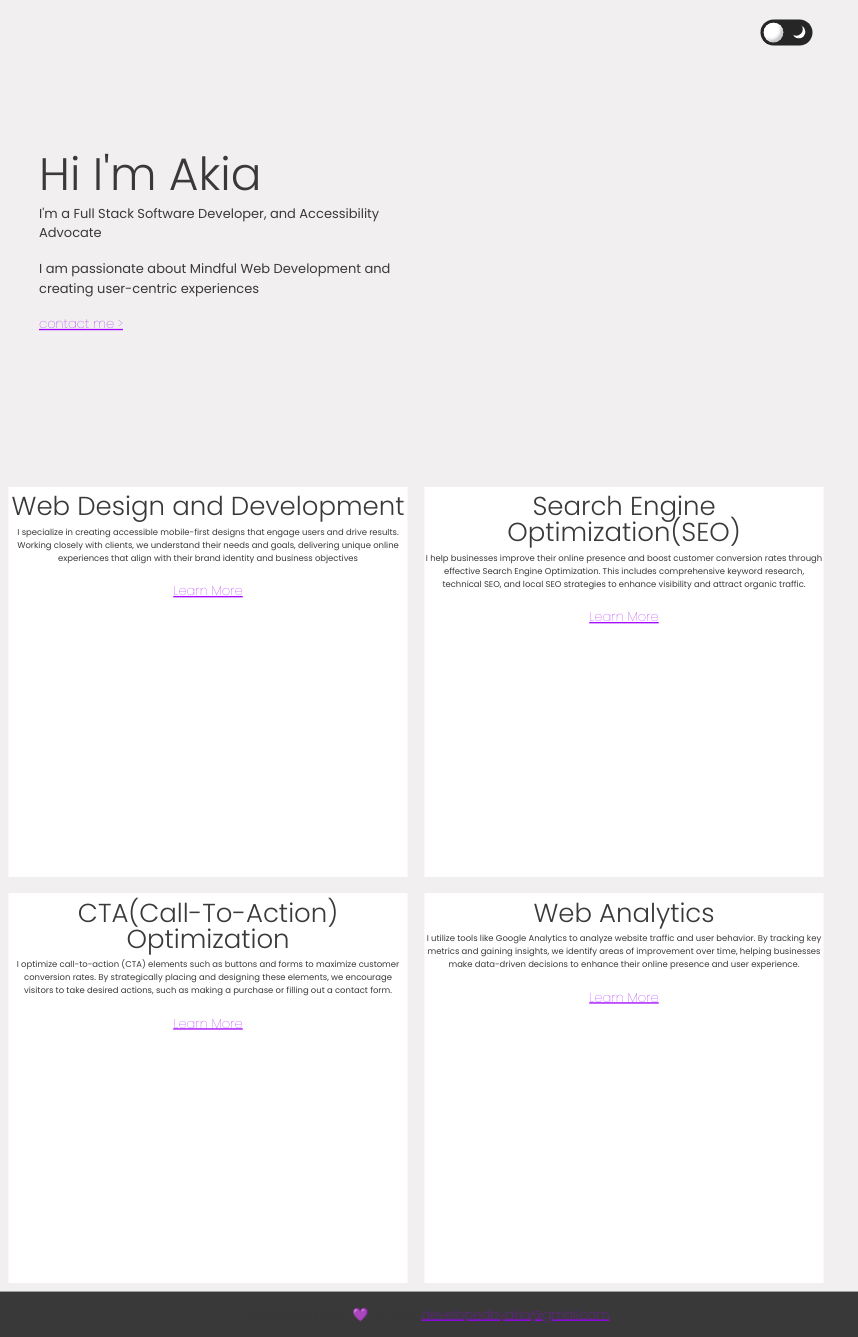
Repository: akiachenise/akiachenise.github.io
Page: index.html
The author's editor kept a copy of each file at every save. The page is drawn from the files as they stood at one save, then again after the next save.
The browser window is 1280 px wide. The page is 1320 px wide, so the pictures cover 1320 px, including what lies to the right of the window. The pictures show the whole page, at 65% of full size.

Above is the page before, as saved 2023-06-09 08:52:13.

### index.html
<!DOCTYPE html>
<html lang = "en">
<head>
     <meta charset="utf-8" />
     <title>Developed By Akia</title>
     <link rel="stylesheet" href="css/styles.css" />
     <meta name="viewport" content="width=device-width, initial-scale=1">
</head>
<body>
    <header>
        <div class="switch">
            <div class="flicker"></div>
            <div class="moon"></div>
        </div>
    </header>

    <section class="main">
        <div class="main-text">
            <h1>Hi I'm Akia</h1>
            <p>I'm a Full Stack Software Developer, and Accessibility Advocate</p>
            <br/>
            <p>I am passionate about Mindful Web Development and creating user-centric experiences</p>
            <br/>
            <a href="#footer">contact me ></a>
        </div>

        <div class="hero-image">
            <div class="cube" id="react"></div>
            <div class="cube" id="javascript"></div>
            <div class="cube" id="html"></div>
            <div class="cube" id="css"></div>
        </div>

        </section>
    <section class="sub-section">
        <div class="square" id="web-design">
            <h2>Web Design and Development</h2>
            <p>I specialize in creating accessible mobile-first designs that engage users and drive results. Working closely with clients, we understand their needs and goals, delivering unique online experiences that align with their brand identity and business objectives</p>
            </br>
            <a href="">Learn More</a>
        </div>
        <div class="square" id="search-engine">
            <h2>Search Engine Optimization(SEO)</h2>
            <p>I help businesses improve their online presence and boost customer conversion rates through effective Search Engine Optimization. This includes comprehensive keyword research, technical SEO, and local SEO strategies to enhance visibility and attract organic traffic.</p>
            </br>
            <a href="">Learn More</a>
        </div>
        <div class="square" id="call-to-action">
            <h2>CTA(Call-To-Action) Optimization</h2>
            <p>I optimize call-to-action (CTA) elements such as buttons and forms to maximize customer conversion rates. By strategically placing and designing these elements, we encourage visitors to take desired actions, such as making a purchase or filling out a contact form.</p>
            </br>
            <a href="">Learn More</a>
        </div>
        <div class="square" id="web-analytics">
            <h2>Web Analytics</h2>
            <p>I utilize tools like Google Analytics to analyze website traffic and user behavior. By tracking key metrics and gaining insights, we identify areas of improvement over time, helping businesses make data-driven decisions to enhance their online presence and user experience.</p>
            </br>
            <a href="">Learn More</a>
        </div>
<!--<div class="square" id="coming-soon"></div>
            <h2>COMING SOON: Mindful Melanin</h2>
            <p>As an additional offering, I am developing an accessible web application called Mindful Melanin. This platform empowers black women by providing daily affirmations, journaling spaces, and goal setting and tracking features. It promotes self-care, mental well-being, and personal growth in a modern and accessible way.</p>
            </br>
            <a href="">Learn More</a>
        </div>-->
    </section>

        <footer id ="footer">
            <p>Developed with 💜 By Akia <a href="mailto:developedbyakia@gmail.com">developedbyakia@gmail.com</a></p>


            <script src="js/scripts.js"></script>
        </body>
    </html>

### css/styles.css
@import url('https://fonts.googleapis.com/css2?family=Poppins:ital,wght@0,100;0,200;0,300;0,400;0,500;0,600;0,700;0,800;0,900;1,100;1,200;1,300;1,400;1,500;1,600;1,700;1,800;1,900&display=swap');

body {
    transition: 0.3s;
    margin: 0;
    padding: 0;
    background-color: rgb(241, 239, 239);
    font-family: 'Poppins', sans-serif;
    color: rgb(57, 57, 57);
}

h1 {
    font-size: 70px;
    line-height:70px;
    font-weight: 300;
    margin: 10px 0;
}

h2 {
    font-size: 40px;
    line-height: 40px;
    font-weight: 300;
    margin: 10px 0;
}

p {
    margin: 0px;
    font-size: 20px;
}
.square p {
    margin: 0px;
    font-size: 13px;
}

a {
    color:rgb(162, 0, 255);
    font-size: 20px;
    font-weight: 100;
}

.dark a {
    color: rgb(246, 169, 241);
}


header {
    display: flex;
    justify-content: flex-end;
    padding: 30px;
}

.switch {
  width: 80px;
  height: 40px;
  border-radius: 20px;
  background-color: rgb(39, 38, 38);
  position: relative;
}

.flicker {
  width: 30px;
  height: 30px;
  border-radius: 15px;
  background-color: rgb(255, 255, 255);
  position: absolute;
  top: 5px;
  left: 5px;
  transition: 0.3s;
  box-shadow:
    inset 4px 4px 4px rgb(255, 255, 255),
    inset -4px -4px 4px rgb(195 193 198 / 90%);
}

.dark {
    background-color: rgb(57, 57, 57);
    transition: 0.3s;
}

.moon {
    width: 20px;
    height: 20px;
    border-radius: 10px;
    box-shadow: 4px 4px 0 0 rgb(255, 255, 255);
    position: absolute;
    top: 5px;
    left: 45px;
}

.dark .flicker {
    transform: translateX(40px);
    transition: 0.3s;
}

.dark > * {
    color: rgb(255, 255, 255);
}

.main{
    height: 80vh;
    display: flex;
    flex-direction: row;
    justify-content: space-between;
    align-items: center;
    padding: 30px;
}
.main-text {
    padding: 30px;
    margin-bottom: 100px;
}

.square {
    width: 98%;
    margin: 1%;
    height: 350px;
    background-color: rgb(255, 255, 255);
    text-align: center;
}

.dark .square {
    background-color: rgb(71, 71, 71);
}

/*#web-design {
    background-image: url("../images/web-design.png");
    background-size: cover;
}

#search-engine {
    background-image: url("../images/search-engine.png");
    background-size: cover;
}

#call-to-action {
    background-image: url("../images/call-to-action.png");
    background-size: cover;
}

#web-analytics {
    background-image: url("../images/web-analytics.png");
    background-size: cover;
}

#coming-soon {
    background-image: url("../images/coming-soon-light.png");
    background-size: cover;
}
.dark #coming-soon {
    background-image: url("../images/coming-soon-dark.png");
    background-size: cover;
}*/

.sub-section {
    display: flex;
    flex-wrap: wrap;
}

.hero-image {
    position: relative;
    width: 50%;
    height: 350px;
    display: block;
    margin-bottom: 100px;
}

.cube {
    position: absolute;
    width: 80px;
    height: 79px;
    transform:rotate(-25deg) skew(25deg);
}

.cube:before {
    position: absolute;
    content: "";
    width: 21px;
    height: 79px;
    transform: skewY(-45deg);
    left: -20px;
    bottom: -10px;
}

.cube:after {
    position: absolute;
    content: "";
    width: 100%;
    height: 21px;
    transform: skewX(-45deg);
    left: -10px;
    bottom: -20px;
}

#html {
    left: 100px;
    bottom: 80px;
    background-image: url("../images/html-square.png");
    background-size: cover;
    background-color: rgb(175, 119, 227);
    box-shadow: rgb(50 50  50/ 15%);
}

#html:before {
    background-color: rgb(189, 154, 221);
}

#html:after {
    background-color: rgb(205, 188, 221);
}

#css {
    left: 250px;
    bottom: 240px;
    background-image: url("../images/css-square.png");
    background-size: cover;
    background-color: rgb(227, 119, 191);
    box-shadow: -100px 100px 20px rgb(50 50 50/ 15%);
  }

  #css:before {
    background-color: rgb(221, 154, 207);
  }

  #css:after {
    background-color: rgb(221, 188, 211);
  }

  #javascript {
    left: 450px;
    bottom: 200px;
    background-image: url("../images/javascript-square.png");
    background-size: cover;
    background-color: rgb(119, 227, 186);
    box-shadow: -40px 40px 20px rgb(50 50 50/ 15%);
  }

  #javascript:before {
    background-color: rgb(154, 221, 202);
  }

  #javascript:after {
    background-color: rgb(188, 221, 212);
  }

  #react {
    left: 350px;
    bottom: 40px;
    background-image: url("../images/react-square.png");
    background-size: cover;
    background-color: rgb(119, 193, 227);
    box-shadow: -80px 80px 20px rgb(50 50 50/ 15%);
  }

  #react:before {
    background-color: rgb(154, 189, 221);
  }

  #react:after {
    background-color: rgb(188, 200, 221);
  }


footer {
    background-color: rgb(57, 57, 57);
    width: 100%;
    padding: 20px;
    display: flex;
    font-family: 'Poppins', sans-serif;
    align-items: center;
    justify-content: center;
}

.dark footer {
    background-color: rgb(8, 8, 8);
    width: 100%;
    padding: 20px;
    display: flex;
    font-family: 'Poppins', sans-serif;
    align-items: center;
    justify-content: center;
}


@media only screen and (min-width: 970px) {
    .main-text {
        width: 50%;
    }
    .square {
        width: 48%;
        margin: 1%;
        height: 600px;
    }
}

@media only screen and (max-width: 1300px) {
    .hero-image {
        display: none;
    }
}

### js/scripts.js
const switchElement = document.querySelector('.switch')

switchElement.addEventListener('click', () => {
  document.body.classList.toggle('dark')
})

After the next save:
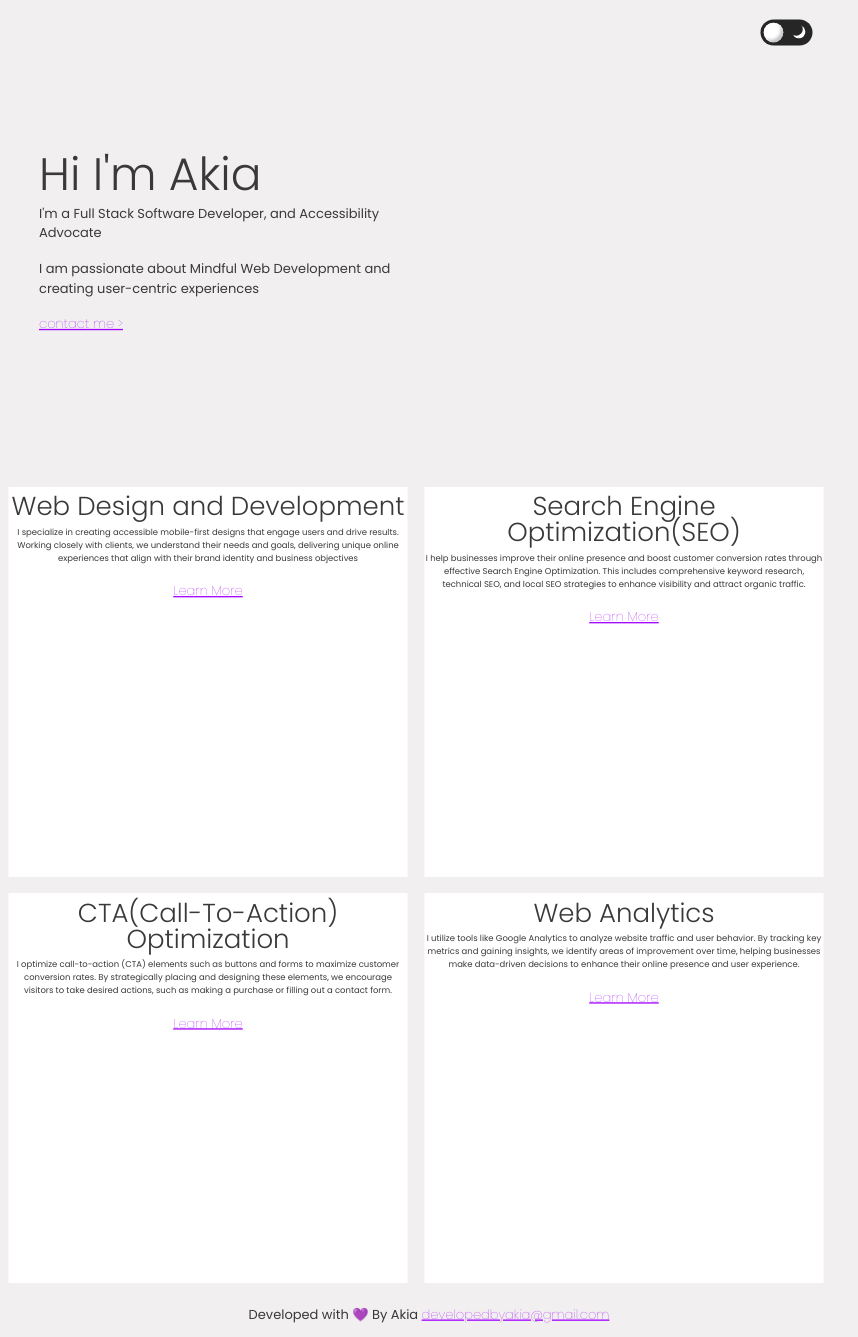
Saved 4 min 24 s later.
--- a/css/styles.css
+++ b/css/styles.css
@@ -259,7 +259,7 @@ header {
 
 
 footer {
-    background-color: rgb(57, 57, 57);
+    /*background-color: rgb(57, 57, 57);*/
     width: 100%;
     padding: 20px;
     display: flex;
